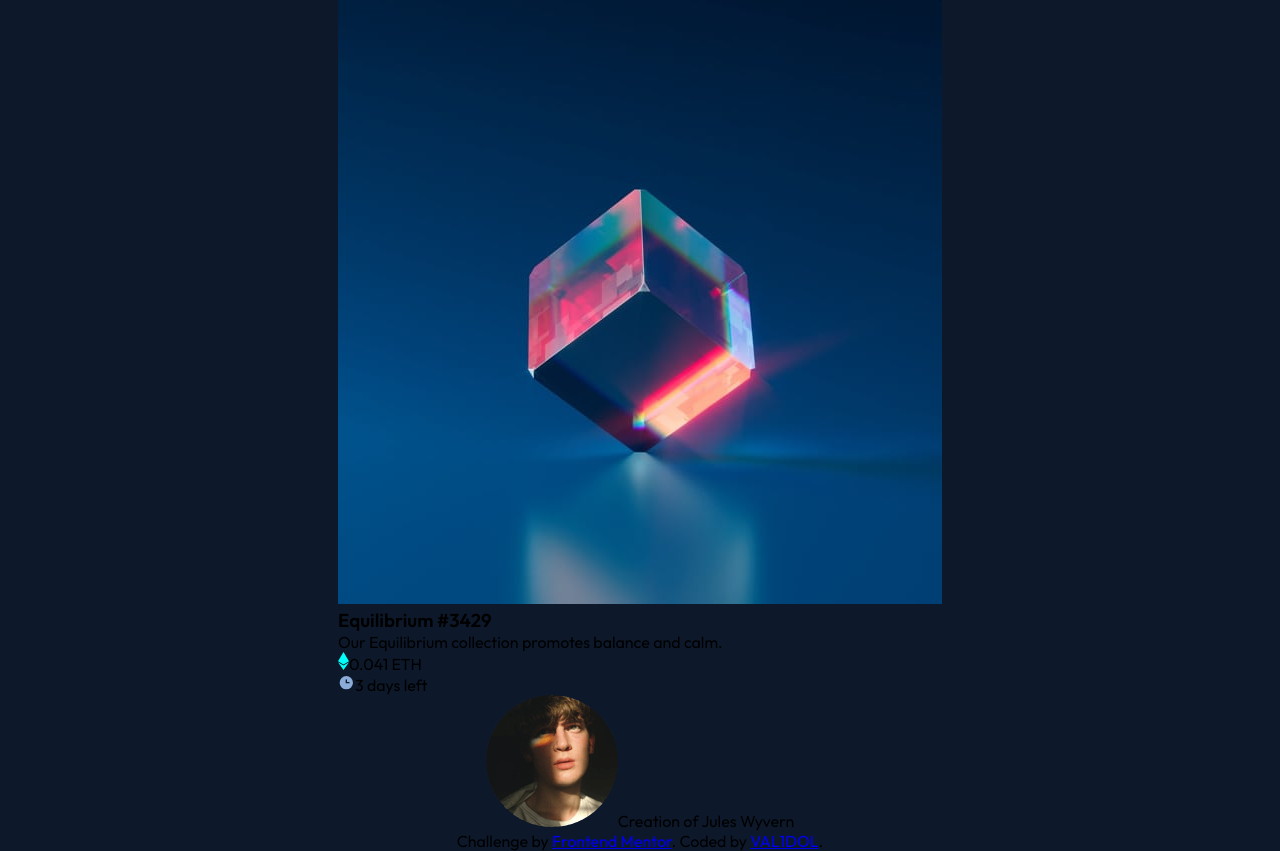
Repository: VAL1DOL-web/fm-NFT-preview-card-component
Page: index.html
These files come from the project's save history. The page is drawn as it stood at one moment and after the next save; the edit follows.
The browser window is 1280 px wide. The pictures show the whole page.

Above is the page before, as saved 2024-01-07 15:31:08.

### index.html
<!DOCTYPE html>
<html lang="en">
<head>
  <meta charset="UTF-8">
  <meta name="viewport" content="width=device-width, initial-scale=1.0"> <!-- displays site properly based on user's device -->

  <link rel="icon" type="image/png" sizes="32x32" href="./images/favicon-32x32.png">
  <link rel="stylesheet" href="style.css">

  <title>NFT preview card component</title>

</head>
<body>
  <div class="card">
    <div class="image">
      <img src="images/image-equilibrium.jpg" alt="ETH">
    </div>
    <h3>Equilibrium #3429</h3>
    <div class="description">
      Our Equilibrium collection promotes balance and calm.
    </div>
    <div class="price-days">
      <div class="price">
        <img src="images/icon-ethereum.svg" alt="">0.041 ETH
      </div>
      <div class="days"><img src="images/icon-clock.svg" alt="">3 days left</div>
    </div>
  </div>
  <div class="creator">
    <img src="images/image-avatar.png" alt="">Creation of <span>Jules Wyvern</span>
  </div>
  <div class="attribution">
    Challenge by <a href="https://www.frontendmentor.io?ref=challenge" target="_blank">Frontend Mentor</a>.
    Coded by <a href="https://github.com/VAL1DOL-web">VAL1DOL</a>.
  </div>
</body>
</html>

### style.css
@import url('https://fonts.googleapis.com/css2?family=Outfit:wght@300;400;600&display=swap');

* {
    font-family: 'Outfit', sans-serif;
    margin: 0;
    padding: 0;
  }
body {
    width: 100%;
    min-height: 100vh;
    display: flex;
    flex-direction: column;
    justify-content: center;
    align-items: center;
    background: hsl(217, 54%, 11%);
  }

After the next save:
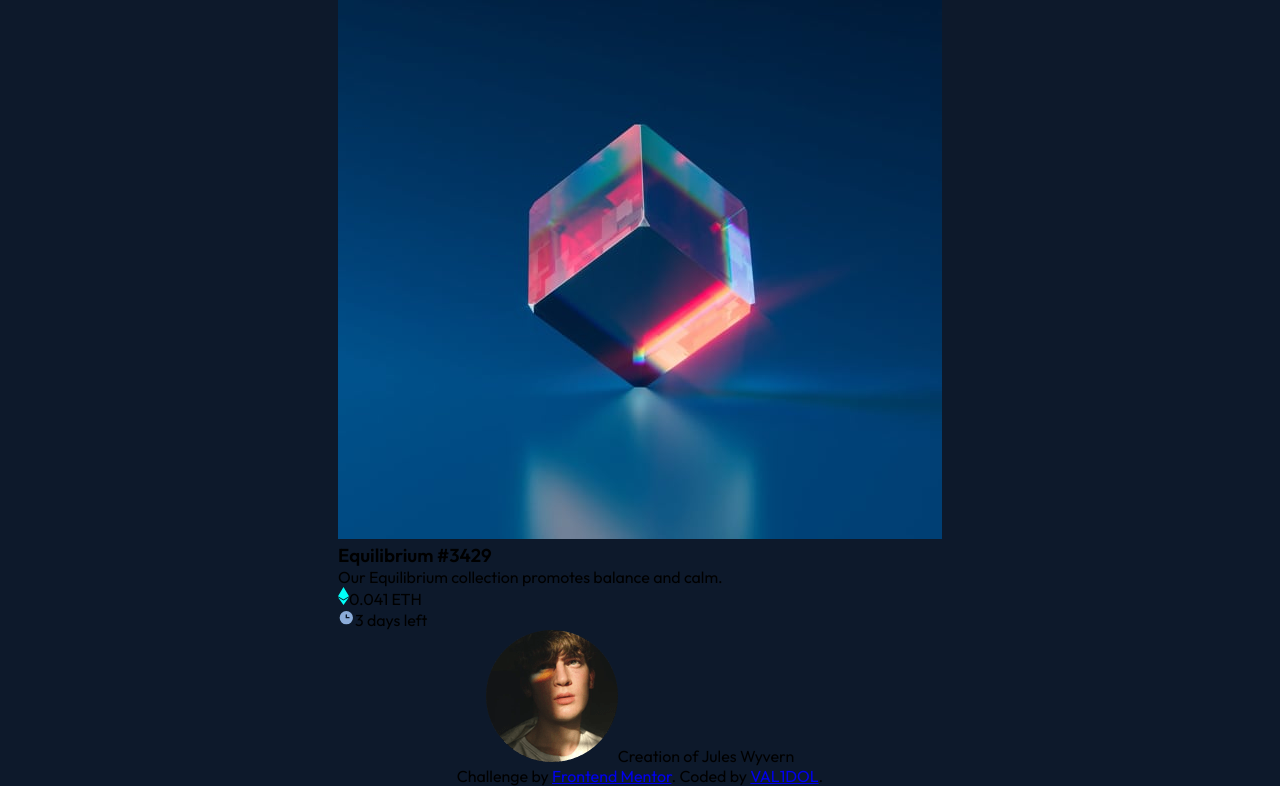
Saved 33 s later.
--- a/style.css
+++ b/style.css
@@ -6,8 +6,9 @@
     padding: 0;
   }
 body {
+    background: hsl(217, 54%, 11%);
     width: 100%;
-    min-height: 100vh;
+    height: 100vh;
     display: flex;
     flex-direction: column;
     justify-content: center;
